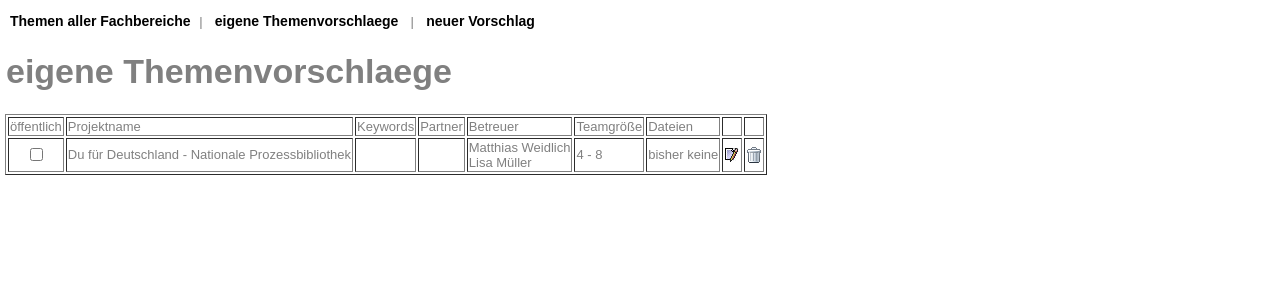
Repository: wfapp2011/wfapp2011
Page: http://localhost/Themenwahl/listOwnDepartment.jsp
The author's editor kept a copy of each file at every save. The page is drawn from the files as they stood at one save, then again after the next save.
The browser window is 1280 px wide. The pictures show the whole page.
The page is served by Tomcat 9.

Above is the page before, as saved 2011-06-05 21:24:45.

After the next save:
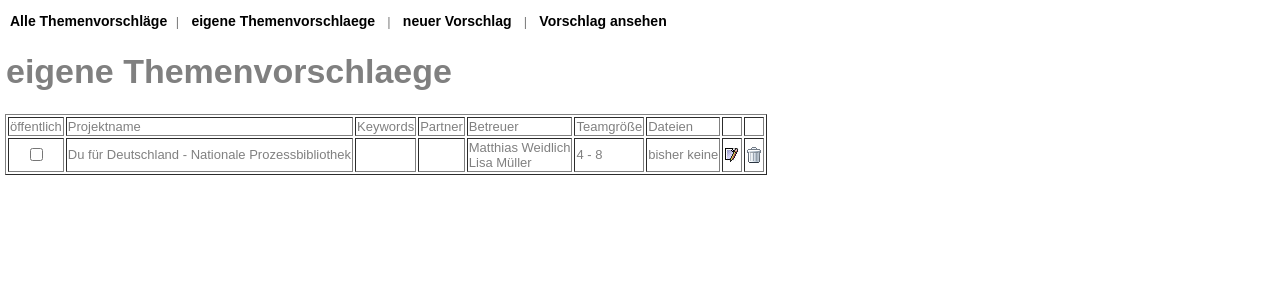
Saved 3 s later.
--- a/Themenwahl/WebContent/listOwnDepartment.jsp
+++ b/Themenwahl/WebContent/listOwnDepartment.jsp
@@ -14,9 +14,10 @@
 
 <body>
 	<p>
-		<a href="listAllDepartments.jsp">Themen aller Fachbereiche</a>&nbsp;|&nbsp;
+		<a href="listAllDepartments.jsp">Alle Themenvorschläge</a>&nbsp;|&nbsp;
 		<a href="listOwnDepartment.jsp">eigene Themenvorschlaege</a> &nbsp;|&nbsp;
-		<a href="newProject.html">neuer Vorschlag</a>
+		<a href="newProject.html">neuer Vorschlag</a> &nbsp;|&nbsp;
+		<a href="showProject.jsp">Vorschlag ansehen</a>
 	</p>
 	<h1>eigene Themenvorschlaege</h1>
 		<table border="1">
